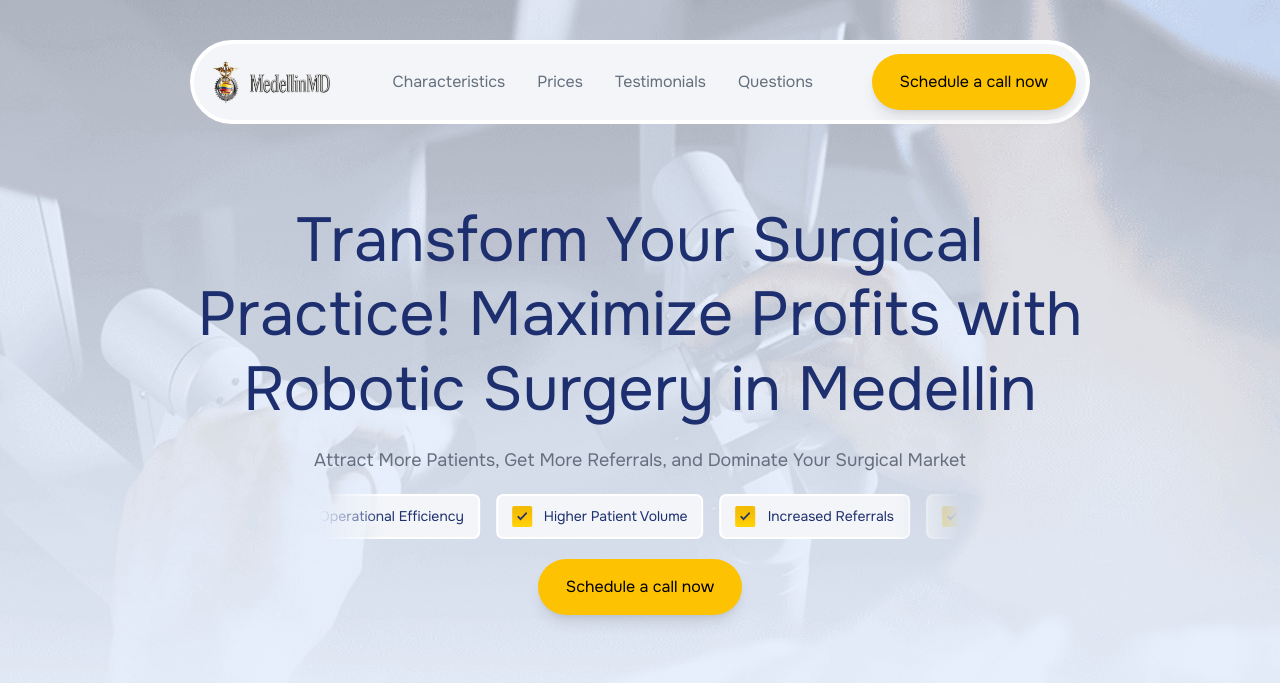
Repository: emmanueltech2019/cmd
Page: /home
An editor plug-in stored every save of this project. The page is shown before and after the next save, followed by the edit.
The browser window is 1280 px wide. The pictures show the whole page.
The project was rebuilt for these pictures with package versions that can differ from the ones it lists, and the page was loaded fresh each time. The framework's server and built-in components were replaced by stand-ins that run in the browser. Also part of the build but not shown: next.config.mjs.

Above is the page before, as saved 2025-05-15 17:06:10.

After the next save:
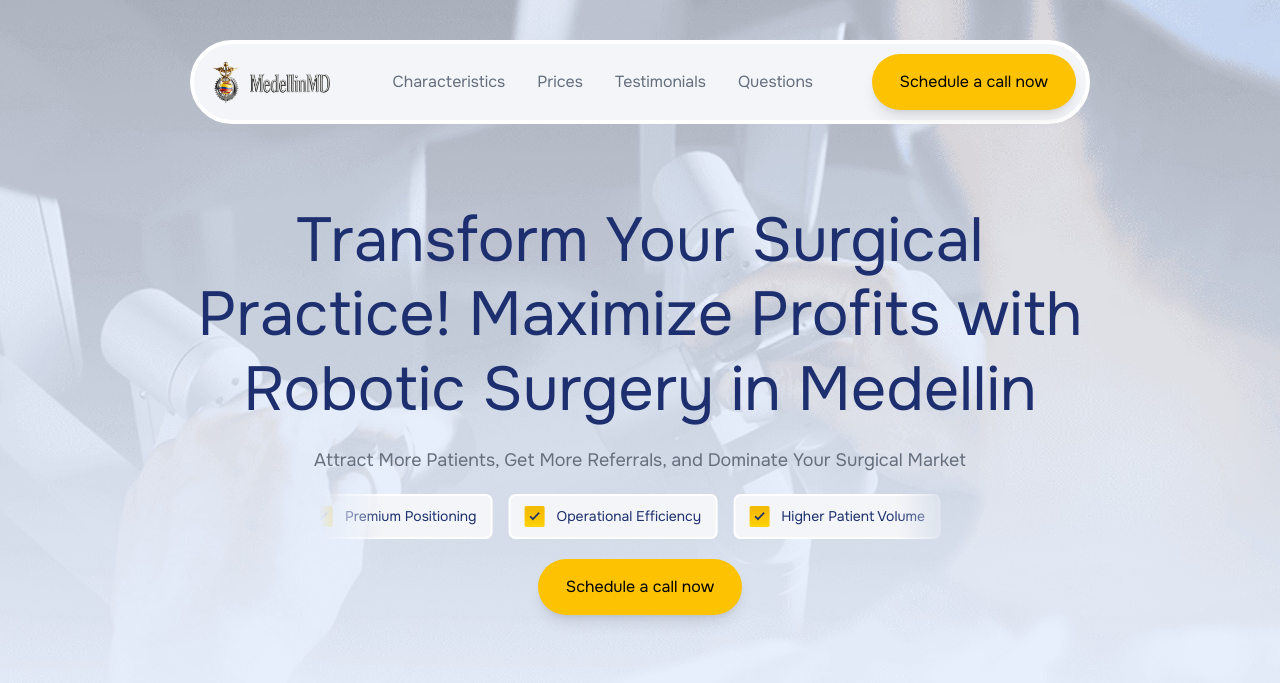
Saved 23 s later.
--- a/tailwind.config.js
+++ b/tailwind.config.js
@@ -54,7 +54,7 @@ export default {
         },
       },
       animation: {
-        'slide': 'slide 10s linear infinite',
+        'slide': 'slide 20s linear infinite',
       },
     },
   },
